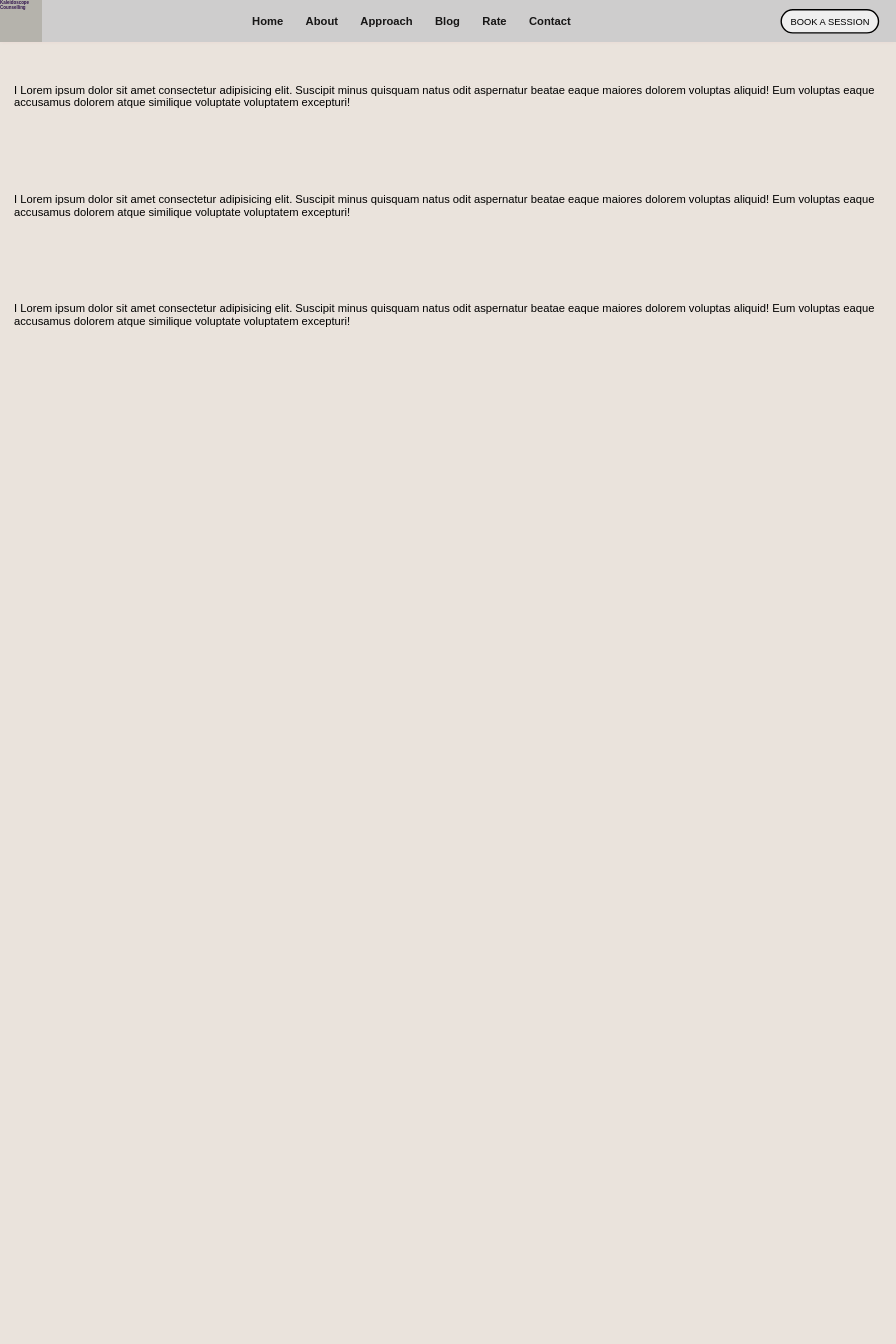
Repository: voutadi/Project1
Page: index.html
These files come from the project's save history. The page is drawn as it stood at one moment and after the next save; the edit follows.
The browser window is 1280 px wide. The pictures show the part of the page from y = 0 to 1920 px (the page is 3120 px tall), at 70% of full size.

Above is the page before, as saved 2024-07-08 22:37:38.

### index.html
<!DOCTYPE html>
<html lang="en">
  <head>
    <meta charset="UTF-8" />
    <meta name="viewport" content="width=device-width, initial-scale=1.0" />
    <link rel="stylesheet" href="styles/style.css" />

    <title>Kaleidoscope Counselling</title>
  </head>
  <body>
    <header>
      <div class="logo-container">
        <div class="logo">
          Kaleidoscope <br />
          Counselling
        </div>
      </div>
      <nav class="navbar">
        <ul>
          <li><a href="#home">Home</a></li>
          <li><a href="#about">About</a></li>
          <li><a href="#approach">Approach</a></li>
          <li><a href="#blog">Blog</a></li>
          <li><a href="#rate">Rate</a></li>
          <li><a href="#contact">Contact</a></li>
        </ul>
      </nav>
      <button>BOOK A SESSION</button>
    </header>

    <p>
      I Lorem ipsum dolor sit amet consectetur adipisicing elit. Suscipit minus
      quisquam natus odit aspernatur beatae eaque maiores dolorem voluptas
      aliquid! Eum voluptas eaque accusamus dolorem atque similique voluptate
      voluptatem excepturi!
    </p>
    <p>
      I Lorem ipsum dolor sit amet consectetur adipisicing elit. Suscipit minus
      quisquam natus odit aspernatur beatae eaque maiores dolorem voluptas
      aliquid! Eum voluptas eaque accusamus dolorem atque similique voluptate
      voluptatem excepturi!
    </p>
    <p>
      I Lorem ipsum dolor sit amet consectetur adipisicing elit. Suscipit minus
      quisquam natus odit aspernatur beatae eaque maiores dolorem voluptas
      aliquid! Eum voluptas eaque accusamus dolorem atque similique voluptate
      voluptatem excepturi!
    </p>
  </body>
</html>

### styles/style.css
* {
  margin: 0;
  padding: 0;
  box-sizing: border-box;
}
body {
  background-color: rgb(234, 227, 220);
  height: 3000px;
  font-family: Arial, Helvetica, sans-serif;
  font-size: 1rem;
}
header {
  max-width: 100%; /*Make sure Take all of her parent element(body)on all different devices .*/
  height: 60px;
  position: fixed;
  top: 0;
  left: 0;
  right: 0;
  background-color: rgb(206, 205, 205);
  display: flex;
  justify-content: space-between;
  align-items: center;

  box-shadow: 0 2px 4px rgba(243, 172, 172, 0.15); /* Adds a subtle shadow for depth, optional */
}
.logo-container {
  width: 60px;; /* Put condition for smaller or biger divice*/
  background-color: rgb(181, 179, 172);
  height: 60px;
}
.logo {
  color: rgb(50, 21, 77);
  font-size: 0.4rem;
  font-weight: bold;
}

.navbar ul {
  display: flex;
  flex: 1;
  justify-content: center;
  list-style-type: none;
  flex-wrap: wrap;
}
.navbar li {
  margin: 1rem;
}
.navbar a {
  font-size: 1rem;
  color: rgb(23, 22, 22);
  font-weight: 700;

  text-decoration: none;
}
.navbar a:hover {
  background-color: rgb(184, 175, 175);
  padding: 5px 10px;
  border-radius: 16px;
  transition: 0.15s;
}

.navbar a:active {
  background-color: rgb(166, 162, 162);
  padding: 10px 10px;
  border-radius: 16px;
  transition: 0.15s;

}

button {
  background-color: black

  font-size: 1rem;
  padding: 8px 12px;
  margin-right: 1.5rem;
  border-width: 2px;
  border-style: solid;
  border-radius: 20px;
  cursor: pointer;
}
button:hover {
  background-color: rgb(187, 181, 181);
  transition: 0.15s;
  padding: 12px 18px;
}
button:active {
  padding: 18px 24px;
}
p {
  margin-top: 120px;
  margin-left: 20px;
}
@media (max-width: 380px) {
  body {
    font-size: 0.4rem;
  } /* Smaller font size */
  button {
    font-size: 0.4rem;
    padding: 2px;
    margin-right: 0.4rem;
    border-radius: 8px;
  }
  button:hover {
    font-size: 0.4rem;
    padding: 2px;
  }
  button:active {
    padding: 3px;
  }
  .navbar li {
    margin: 0.2rem;
  }
  .navbar a {
    font-size: 0.5rem;
  }
}


@media (max-width: 600px) {
  body {
    font-size: 0.5rem;
  } /* Smaller font size */
  button {
    font-size: 0.5rem;
    padding: 2px 4px;
    margin-right: 0.5rem;
    border-radius: 10px;
  }
  button:hover {
    font-size: 0.5rem;
    padding: 2px;
  }
  button:active {
    padding: 3px;
  }
  .navbar li {
    margin: 0.3rem;
  }
  .navbar a {
    font-size: 0.6rem;
  }
}
@media (min-width: 601px) and (max-width: 900px) {
  body {
    font-size: 0.75rem;
  } /* Smaller font size */
  button {
    font-size: 0.75rem;
    padding: 2px 4px;
    margin-right: 0.75rem;
    border-radius: 10px;
  }
  button:hover {
    font-size: 0.75rem;
    padding: 2px;
  }
  button:active {
    padding: 3px;
  }
  .navbar li {
    margin: 0.5rem;
  }
  .navbar a {
    font-size: 0.8rem;
  }
}

After the next save:
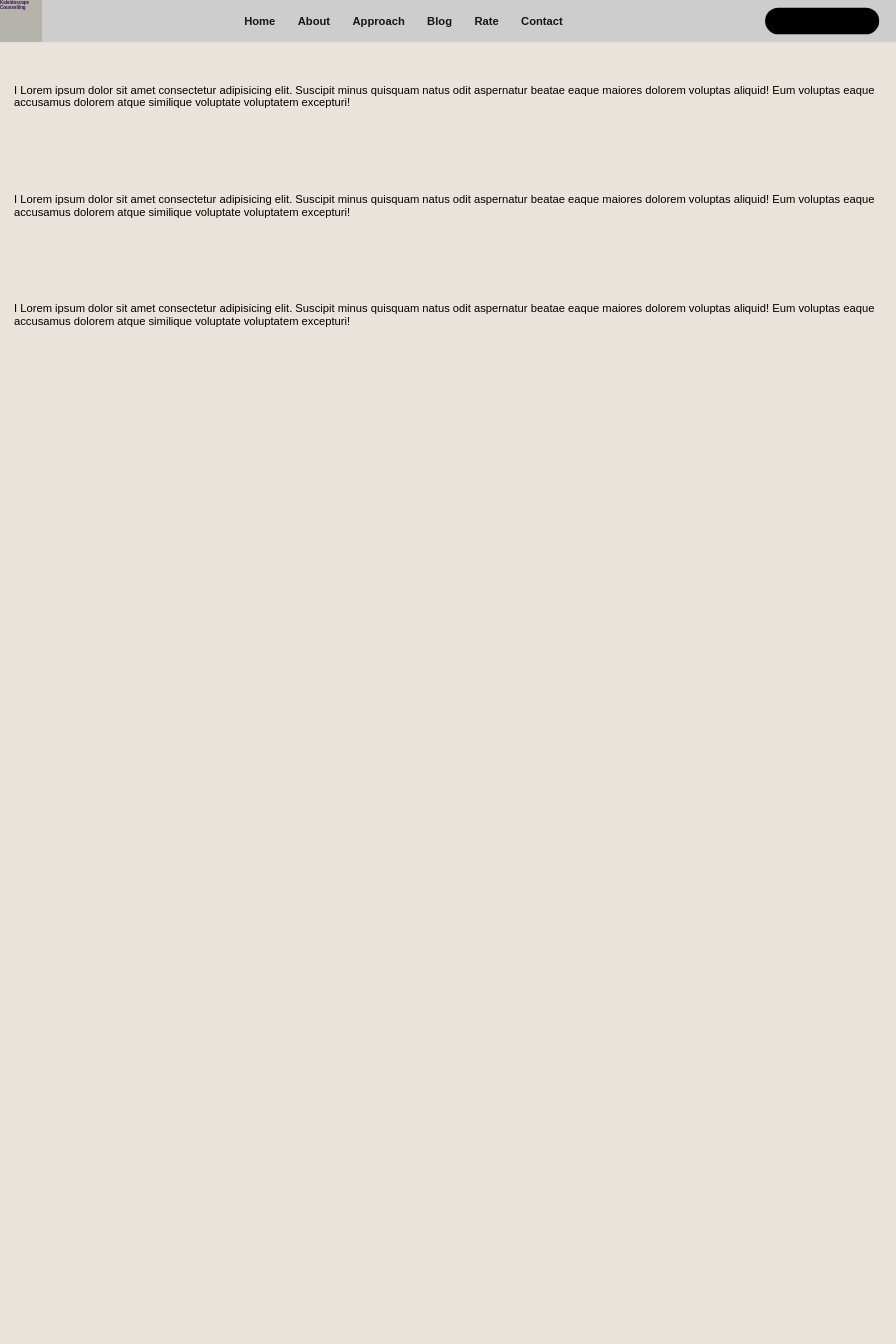
Saved 54 s later.
--- a/styles/style.css
+++ b/styles/style.css
@@ -67,7 +67,7 @@ header {
 }
 
 button {
-  background-color: black
+  background-color: black;
 
   font-size: 1rem;
   padding: 8px 12px;
